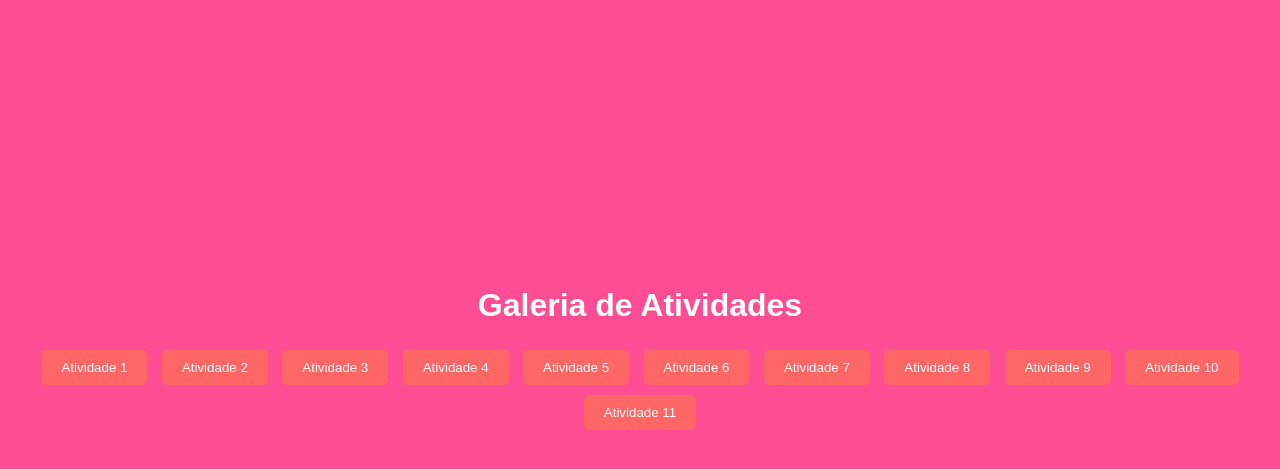
Repository: Gabrielb0rn/JavaScript-HTML.io
Page: index.html
The author's editor kept a copy of each file at every save. The page is drawn from the files as they stood at one save, then again after the next save.
The browser window is 1280 px wide. The pictures show the whole page.

Above is the page before, as saved 2024-07-04 11:36:12.

After the next save:
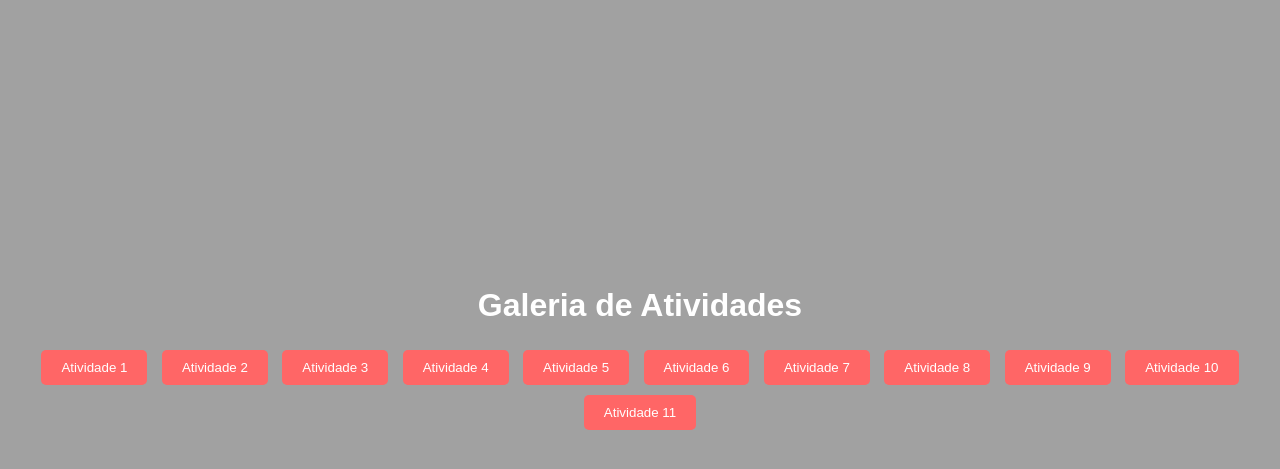
Saved 28 s later.
--- a/assets/style.css
+++ b/assets/style.css
@@ -1,6 +1,6 @@
 body {
     font-family: Arial, sans-serif;
-    background-color: #ff4d94;
+    background-color: #a1a1a1;
     display: flex;
     justify-content: center;
     align-items: center;
